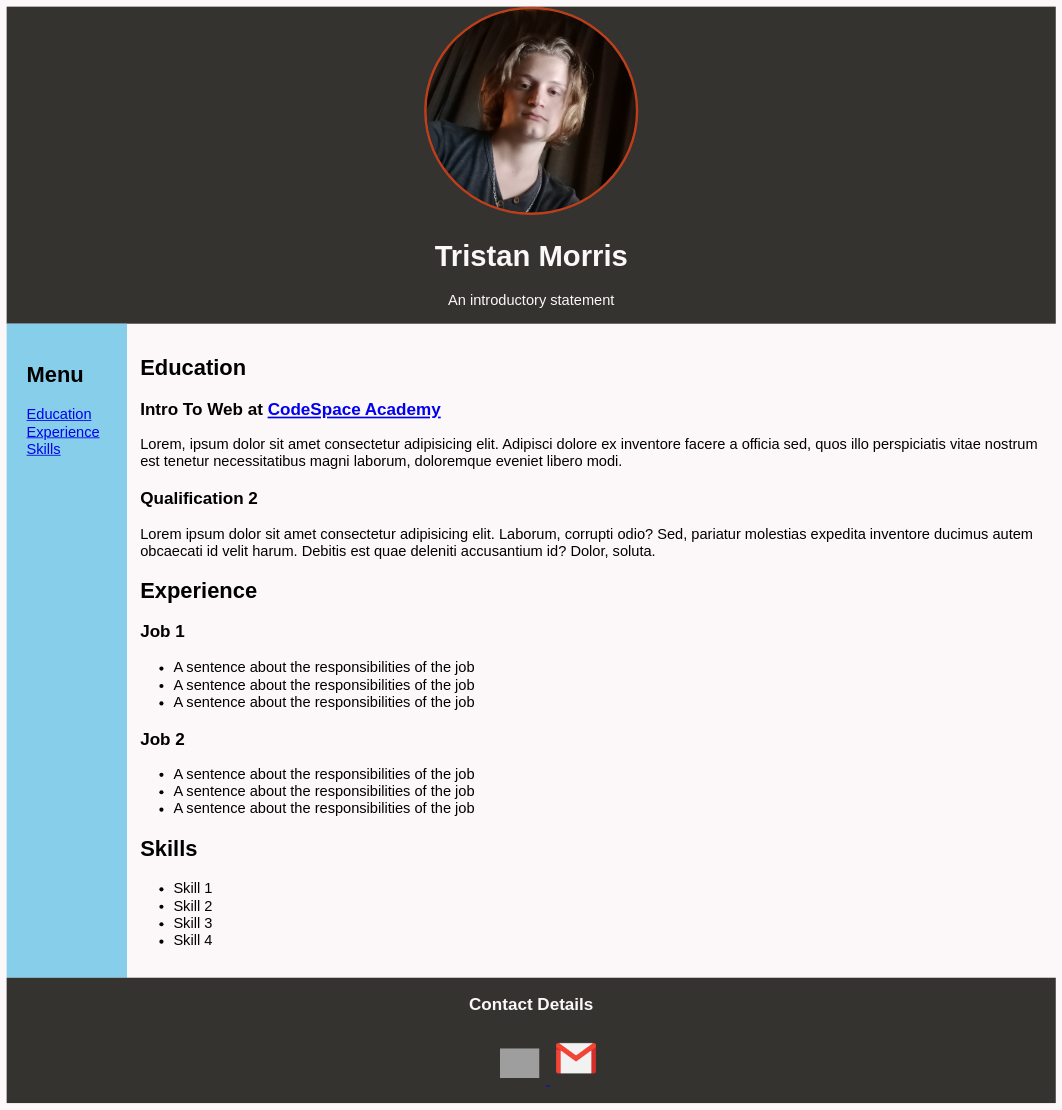
Repository: TristanKMorris/introToWebDesignAssignment
Page: resume.html
The author's editor kept a copy of each file at every save. The page is drawn from the files as they stood at one save, then again after the next save.
The browser window is 1280 px wide. The pictures show the whole page, at 83% of full size.
Pictures or frames that could not be fetched are drawn as grey boxes.

Above is the page before, as saved 2022-06-02 21:44:29.

### resume.html

<!DOCTYPE html>
<html
  <head>
    <title>Tristan's Website</title>

    <link rel="stylesheet" type="text/css" href="css/stylesheet.css">

  </head>

  <body>

   <header id="heading">
        <img src="images/tristanPortrait.jpg" alt="Tristan Morris Portrait" id="profilePhoto"/>

      <h1>Tristan Morris</h1>
        <p>An introductory statement</p>

    </header>

    <main class="main">

      <div id="sidebar">

        <nav>

          <h2>Menu</h2>

           <ul class="navMenu">
              <li><a href="#education">Education</a></li>
              <li><a href="#experience">Experience</a></li>
              <li><a href="#skills">Skills</a></li>
            </ul>

        </nav>

      </div>

        <div class="content">

          <h2 id="education">Education</h2>

            <h3>Intro To Web at <a href="http://codespace.co.za/" target="_blank">CodeSpace Academy</a> </h3>

             <p>
               Lorem, ipsum dolor sit amet consectetur adipisicing elit. Adipisci dolore
               ex inventore facere a officia sed, quos illo perspiciatis vitae nostrum
               est tenetur necessitatibus magni laborum, doloremque eveniet libero modi.
             </p>

            <h3>Qualification 2</h3>

             <p>
                Lorem ipsum dolor sit amet consectetur adipisicing elit. Laborum, corrupti
                odio? Sed, pariatur molestias expedita inventore ducimus autem obcaecati
                id velit harum. Debitis est quae deleniti accusantium id? Dolor, soluta.
              </p>

          <h2 id="experience">Experience</h2>

            <h3>Job 1</h3>

            <ul>

              <li>A sentence about the responsibilities of the job</li>
              <li>A sentence about the responsibilities of the job</li>
              <li>A sentence about the responsibilities of the job</li>

            </ul>

            <h3>Job 2</h3>

            <ul>

              <li>A sentence about the responsibilities of the job</li>
              <li>A sentence about the responsibilities of the job</li>
              <li>A sentence about the responsibilities of the job</li>

            </ul>

          <h2 id="skills">Skills</h2>

            <ul>
              <li>Skill 1</li>
              <li>Skill 2</li>
              <li>Skill 3</li>
              <li>Skill 4</li>
            </ul>

        </div>

    </main>

    <footer>

      <h3>Contact Details</h3>
      <ul>
          <a href="http://www.instagram.com/tristan_k_morris" target="_blank">
           <img class="icons" src="images/instagramIcon.png" alt="Tristan Morris Instagram">

          </a>

          <a href="mailto: tristankm21@gmail.com" target="_blank">
           <img class="icons" src="images/gmailIcon.png" alt="Tristan Morris Email">

          </a>

      </ul>

    </footer>


  </body>
</html>

### css/stylesheet.css
body{
  font-family: sans-serif;
  font-size:110%;
  background-color: #FCF7F8;
  display: flex;
  flex-direction: column;
}

.main{
  display: flex;
  flex-direction: row;
  overflow: unset;
}

#profilePhoto{
  width: 20%;
  height: 20%;
  border-radius: 50%;
  border: 3px solid #ff4410ad;
}

header {
  text-align: center;
  justify-content: center;
}
#heading{
  font-family: sans-serif;
  font: size 110%;
  background-color: #343330;
  color: #FCF7F8;
}

footer {
  background-color: #343330;
  text-align: center;
  color: #FCF7F8;
}
#sidebar{
  width: 12%;
  background-color: skyblue;
  padding: 1.5rem;
  color: black;
}
.navMenu{
  list-style-type: none;
  padding: 0%;
}

.icons{
  width: 3rem;
  margin: 0.5rem;
  height: auto;
}

.content{
  width: auto;
  margin: 1rem;
  height: auto;
}

After the next save:
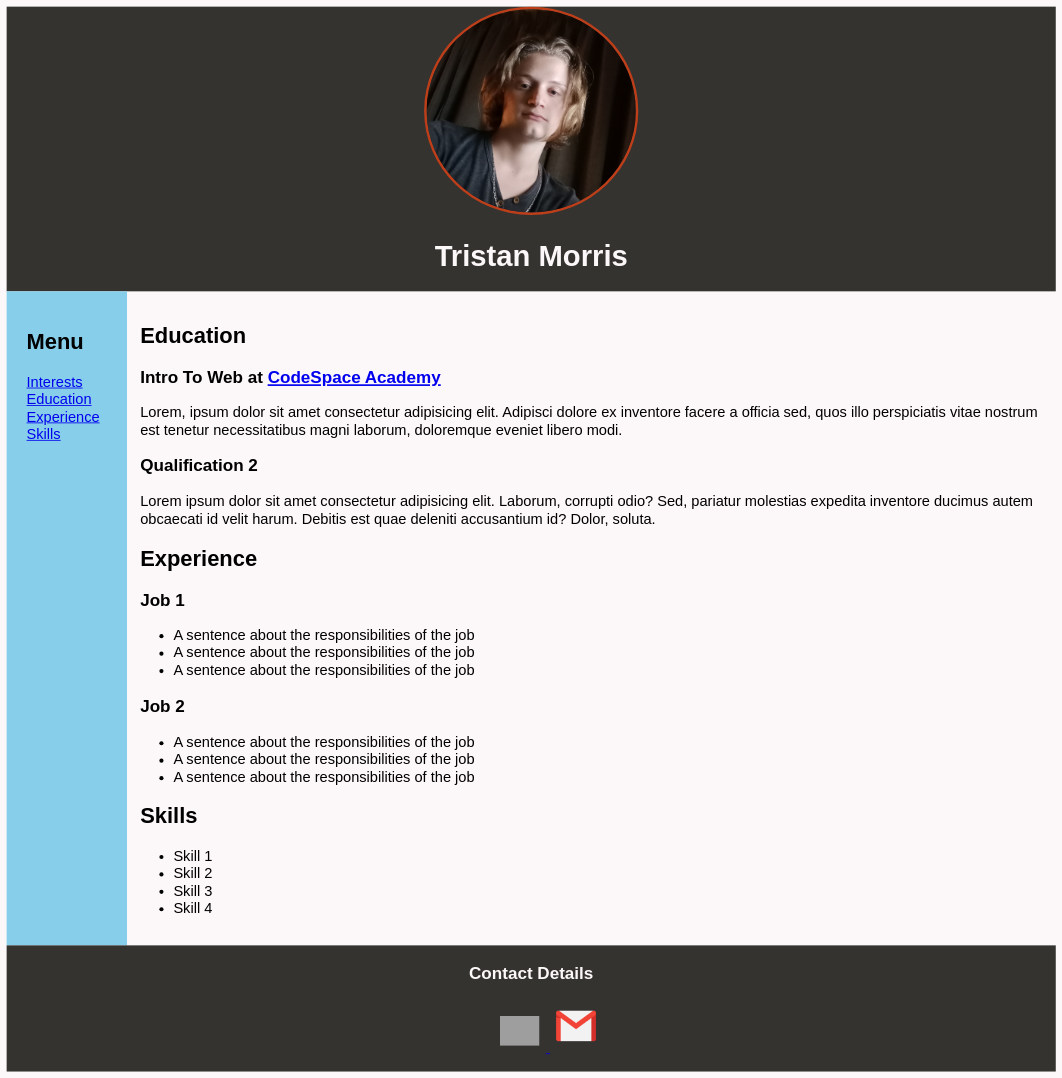
Saved 10 min 46 s later.
--- a/resume.html
+++ b/resume.html
@@ -14,7 +14,7 @@
         <img src="images/tristanPortrait.jpg" alt="Tristan Morris Portrait" id="profilePhoto"/>
 
       <h1>Tristan Morris</h1>
-        <p>An introductory statement</p>
+        <p></p>
 
     </header>
 
@@ -27,9 +27,10 @@
           <h2>Menu</h2>
 
            <ul class="navMenu">
-              <li><a href="#education">Education</a></li>
-              <li><a href="#experience">Experience</a></li>
-              <li><a href="#skills">Skills</a></li>
+              <li> <a href="#interests">Interests</a> </li>
+              <li> <a href="#education">Education</a> </li>
+              <li> <a href="#experience">Experience</a> </li>
+              <li> <a href="#skills">Skills</a> </li>
             </ul>
 
         </nav>
